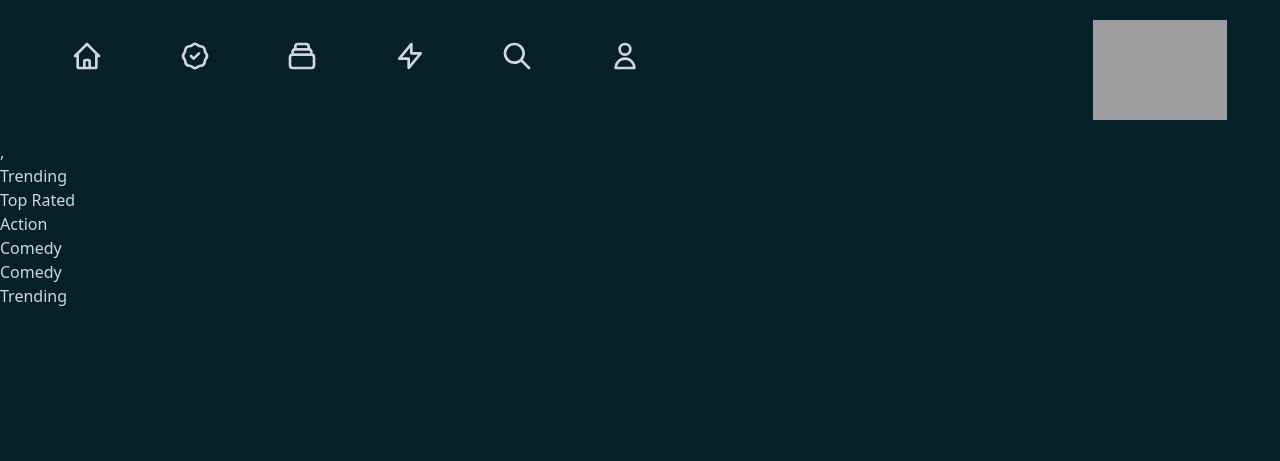
Repository: elaiken/hulu-yt-clone
Page: /
These files come from the project's save history. The page is drawn as it stood at one moment and after the next save; the edit follows.
The browser window is 1280 px wide. The pictures show the whole page.
Pictures or frames that could not be fetched are drawn as grey boxes. The project was rebuilt for these pictures with package versions that can differ from the ones it lists, and the page was loaded fresh each time. The framework's server and built-in components were replaced by stand-ins that run in the browser. Also part of the build but not shown: next.config.js.

Above is the page before, as saved 2021-11-09 17:39:02.

After the next save:
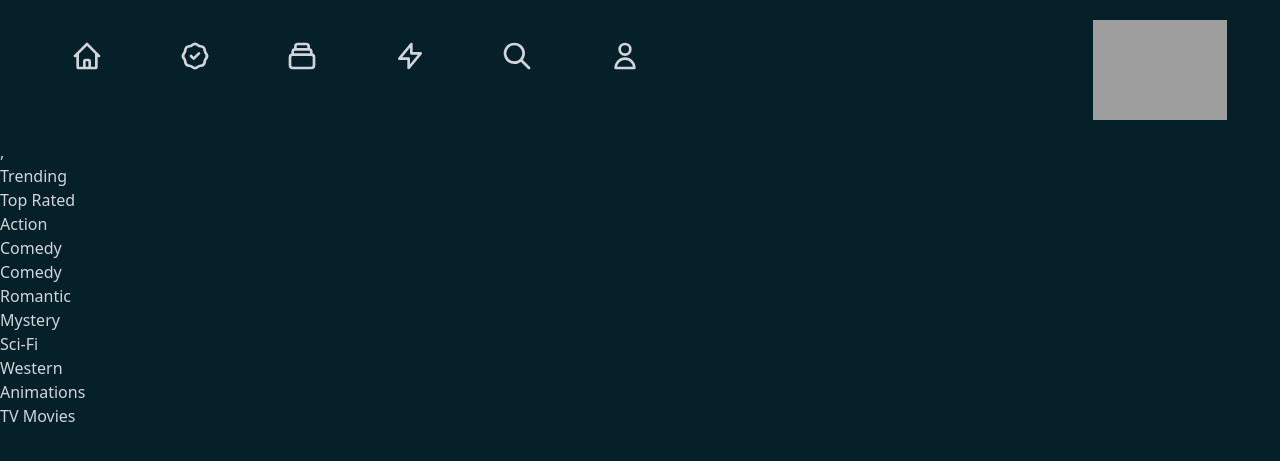
Saved 4 min 6 s later.
--- a/utlis/request.js
+++ b/utlis/request.js
@@ -22,7 +22,27 @@ export default {
         url: '/discover/movie?api_key=${API_KEY}&language=en-US'
     },
     fetchRomanticMovies: {
-        title: 'Trending',
+        title: 'Romantic',
+        url: '/discover/movie?api_key=${API_KEY}&language=en-US'
+    },
+    fetchMysteryMovies: {
+        title: 'Mystery',
+        url: '/discover/movie?api_key=${API_KEY}&language=en-US'
+    },
+    fetchSciFiMovies: {
+        title: 'Sci-Fi',
+        url: '/discover/movie?api_key=${API_KEY}&language=en-US'
+    },
+    fetchWesternMovies: {
+        title: 'Western',
+        url: '/discover/movie?api_key=${API_KEY}&language=en-US'
+    },
+    fetchAnimationMovies: {
+        title: 'Animations',
+        url: '/discover/movie?api_key=${API_KEY}&language=en-US'
+    },
+    fetchTVMovies: {
+        title: 'TV Movies',
         url: '/discover/movie?api_key=${API_KEY}&language=en-US'
     }
 }
